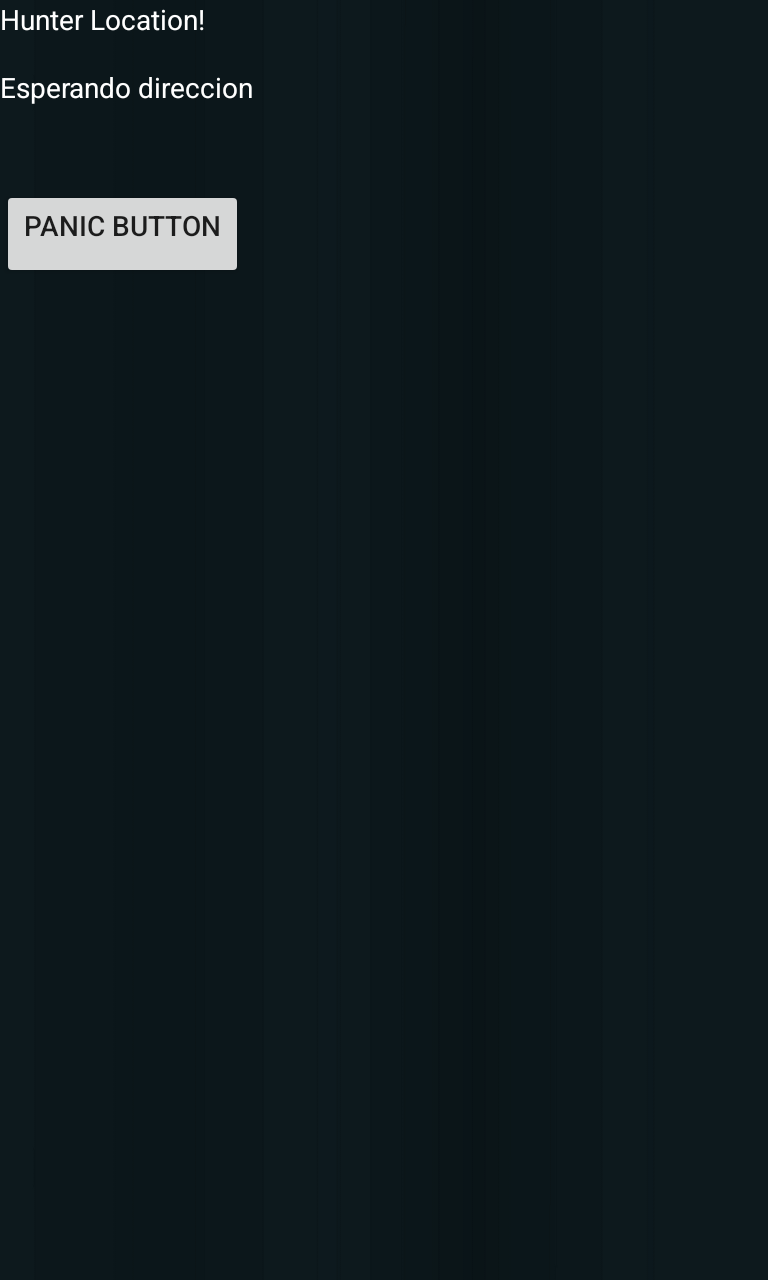
Repository: aludena18/android_apps
Layout: AlarmServiceLocation/res/layout/activity_main.xml
An editor plug-in stored every save of this project. The layout is shown before and after the next save, followed by the edit.
It is drawn on a 768 x 1280 px phone screen (xhdpi) without system bars, with theme AppTheme; the app's code is not run.

Above is the layout before, as saved 2015-07-20 14:57:41.

### AlarmServiceLocation/res/layout/activity_main.xml
<LinearLayout xmlns:android="http://schemas.android.com/apk/res/android"
    xmlns:tools="http://schemas.android.com/tools"
    android:layout_width="match_parent"
    android:layout_height="match_parent"
    android:orientation="vertical"
    android:background="@drawable/fondo2"
    tools:context="com.alg.alarmservicelocation.MainActivity" >

    <TextView
        android:layout_width="wrap_content"
        android:layout_height="wrap_content"
        android:textColor="#ffffff"
        android:text="@string/hello_world" />

    <LinearLayout
        android:layout_width="wrap_content"
        android:layout_height="wrap_content"
        android:orientation="horizontal" >

        <TextView
            android:id="@+id/txvDireccion"
            android:layout_width="wrap_content"
            android:layout_height="wrap_content"
            android:layout_marginTop="15dp"
            android:textColor="#ffffff"
            android:text="@string/etqTxvDireccion" />
    </LinearLayout>

    <LinearLayout
        android:paddingTop="40dp"
        android:layout_width="match_parent"
        android:layout_height="wrap_content"
        android:orientation="horizontal" >
        <Button
            android:id="@+id/btnPanic"
            android:layout_width="wrap_content"
            android:layout_height="wrap_content"
            android:gravity="center_horizontal"
            android:text="@string/etqBtnPanic" />
    </LinearLayout>

</LinearLayout>

### AlarmServiceLocation/res/values/strings.xml
<?xml version="1.0" encoding="utf-8"?>
<resources>

    <string name="app_name">Alarm Service Location</string>
    <string name="hello_world">Hunter Location!</string>
    <string name="action_settings">Settings</string>

    <string name="etqBtnPanic">Panic Button</string>
    <string name="etqTxvDireccion">Esperando direccion</string>

</resources>

Loaded but not shown: AlarmServiceLocation/res/values/styles.xml (common file); AlarmServiceLocation/res/values-v11/styles.xml (common file); AlarmServiceLocation/res/values-v14/styles.xml (common file)

After the next save:
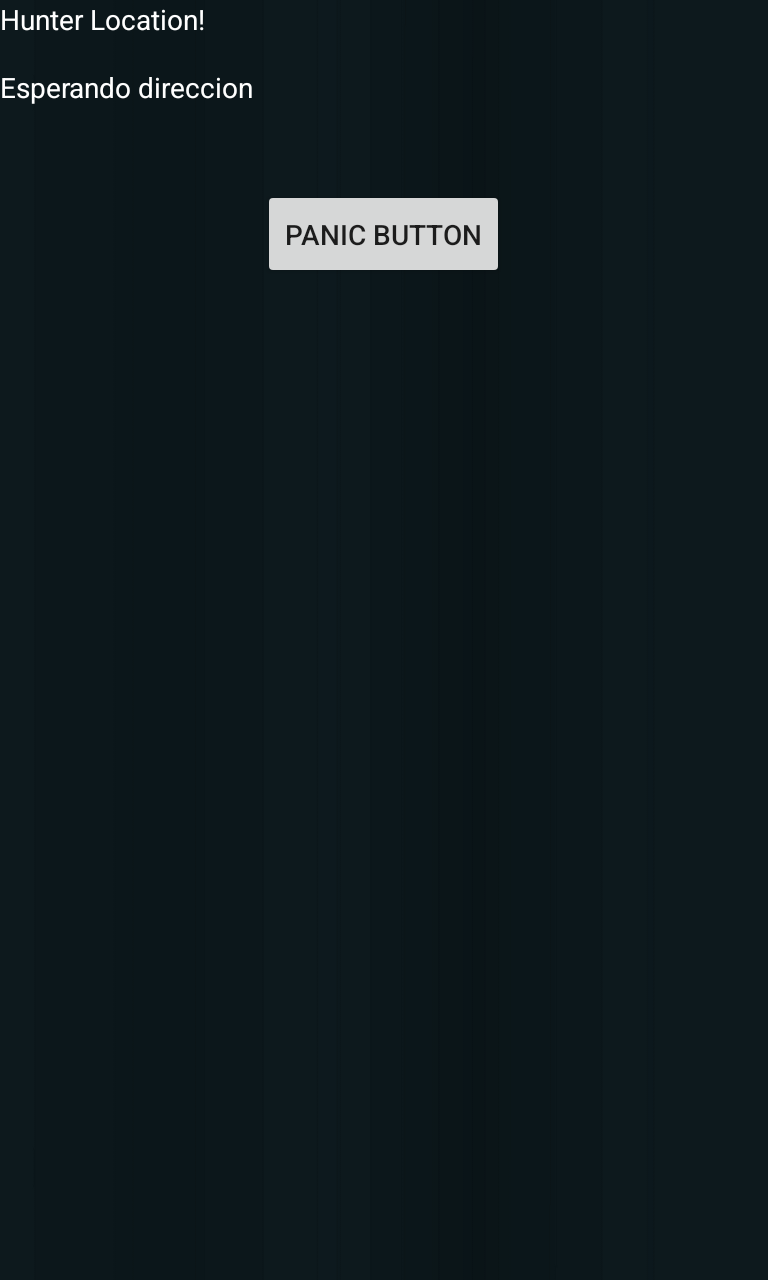
Saved 14 s later.
--- a/AlarmServiceLocation/res/layout/activity_main.xml
+++ b/AlarmServiceLocation/res/layout/activity_main.xml
@@ -30,12 +30,13 @@
         android:paddingTop="40dp"
         android:layout_width="match_parent"
         android:layout_height="wrap_content"
+        android:gravity="center_horizontal"
         android:orientation="horizontal" >
         <Button
             android:id="@+id/btnPanic"
             android:layout_width="wrap_content"
             android:layout_height="wrap_content"
-            android:gravity="center_horizontal"
+
             android:text="@string/etqBtnPanic" />
     </LinearLayout>
 
